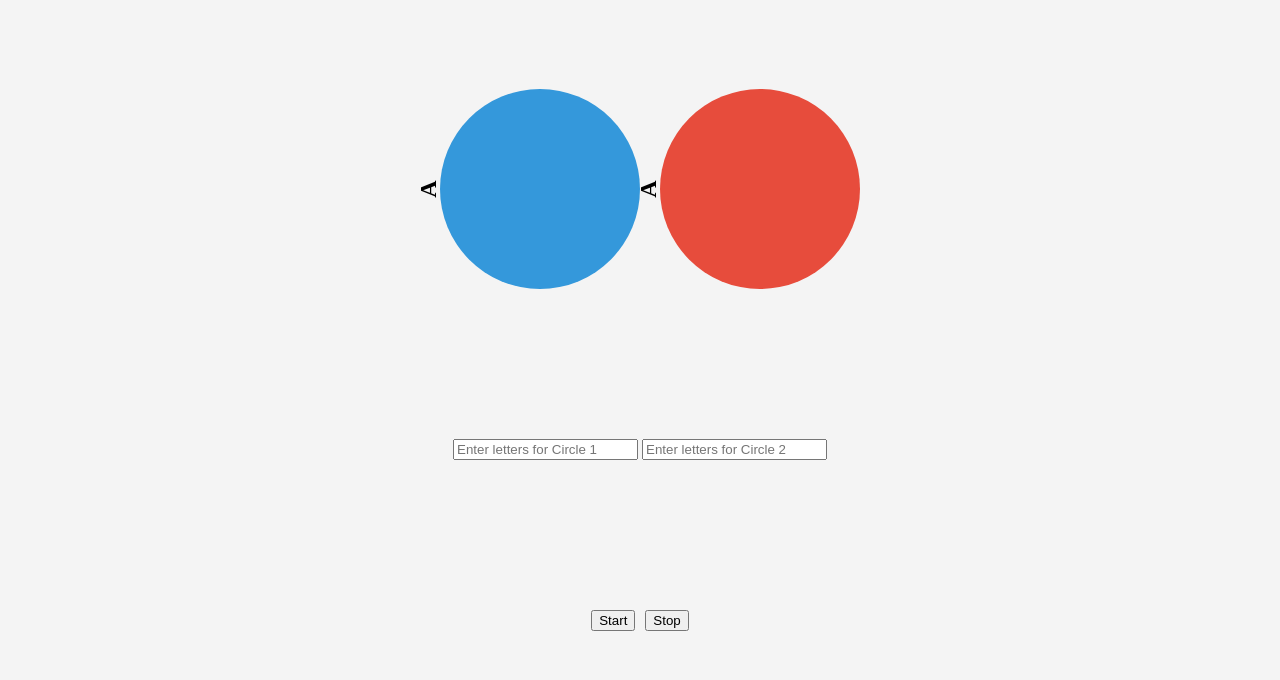
Repository: boshi-an/Isorhythm
Page: .vscode/Isorhythm/index.html
The author's editor kept a copy of each file at every save. The page is drawn from the files as they stood at one save, then again after the next save.
The browser window is 1280 px wide. The pictures show the whole page.

Above is the page before, as saved 2023-10-18 17:56:58.

### .vscode/Isorhythm/index.html
<!DOCTYPE html>
<html lang="en">

<head>
    <meta charset="UTF-8">
    <meta name="viewport" content="width=device-width, initial-scale=1.0">
    <title>Rotating Circles</title>
    <link rel="stylesheet" href="styles.css">
</head>

<body>
    <div class="circleContainer">
        <div class="circle" id="circle1">
            <div class="letter">A</div>
        </div>
        <div class="circle" id="circle2">
            <div class="letter">A</div>
        </div>
    </div>
    <div class="inputContainer">
        <input type="text" id="input1" placeholder="Enter letters for Circle 1">
        <input type="text" id="input2" placeholder="Enter letters for Circle 2">
    </div>
    <div class="uiContainer">
        <button id="startBtn">Start</button>
        <button id="stopBtn">Stop</button>
    </div>
    <script src="script.js"></script>
</body>

</html>

### .vscode/Isorhythm/styles.css
body {
    display: flex;
    flex-direction: column;
    /* Stack child elements vertically */
    justify-content: center;
    /* Center the content vertically */
    align-items: center;
    /* Center the content horizontally */
    height: 100vh;
    background-color: #f4f4f4;
    overflow: hidden;
    margin: 0;
    gap: 150px;
    /* Space between the circle container and the button container */
}

.circleContainer {
    display: flex;
    align-items: center;
    width: 420px;
    /* Adjust based on your circle sizes */
}

.circle {
    width: 200px;
    height: 200px;
    border-radius: 50%;
    position: relative;
    display: flex;
    flex-shrink: 0;
    align-items: center;
    justify-content: center;
    margin: 0 10px;
}

.uiContainer {
    display: flex;
    gap: 10px;
}

.triangle {
    width: 0;
    height: 0;
    border-left: 50px solid transparent;
    border-right: 50px solid transparent;
    border-bottom: 87px solid #3498db;
    will-change: transform;
    transform-origin: 50% 50%;
}

.letter {
    position: absolute;
    font-size: 1.5em;
    /* Adjust as needed */
    font-weight: bold;
    /* Adjust as needed */
    transform: translateY(-50%) rotate(-90deg);
    /* Adjust as needed */
    top: 50%;
    left: -20px;
    /* Adjust as needed to place the letter to the left side of the circle */
}

#triangle1 {
    border-bottom: 87px solid #3498db;
    /* background-color: #3498db; */
}

#triangle2 {
    border-bottom: 87px solid #e74c3c;
    /* background-color: #e74c3c; */
}

#circle1 {
    background-color: #3498db;
}

#circle2 {
    background-color: #e74c3c;
}

### .vscode/Isorhythm/script.js
let angle1 = 0;
let angle2 = 0;
let animationId1;
let animationId2;

function rotateCircle1() {
    const circle1 = document.getElementById('circle1');
    angle1 = (angle1 + 2) % 360;
    circle1.style.transform = `rotate(${angle1}deg)`;
    animationId1 = requestAnimationFrame(rotateCircle1);
}

function rotateCircle2() {
    const circle2 = document.getElementById('circle2');
    angle2 = (angle2 - 2) % 360;
    circle2.style.transform = `rotate(${angle2}deg)`;
    animationId2 = requestAnimationFrame(rotateCircle2);
}

document.getElementById('startBtn').addEventListener('click', () => {
    cancelAnimationFrame(animationId1);
    cancelAnimationFrame(animationId2);
    rotateCircle1();
    rotateCircle2();
});

document.getElementById('stopBtn').addEventListener('click', () => {
    cancelAnimationFrame(animationId1);
    cancelAnimationFrame(animationId2);
});

function updateLetters(circleId, inputId) {
    const circle = document.getElementById(circleId);
    const inputText = document.getElementById(inputId).value;

    // Remove any existing letters
    circle.innerHTML = "";

    // Add new letters
    for (let i = 0; i < inputText.length; i++) {
        const angle = (i / inputText.length) * 360;
        const letterElem = document.createElement('div');
        letterElem.className = 'letter';
        letterElem.style.transform = `rotate(${angle}deg) translate(50px) rotate(-${angle}deg)`;
        letterElem.innerText = inputText[i];
        circle.appendChild(letterElem);
    }
}

document.getElementById('input1').addEventListener('input', () => updateLetters('circle1', 'input1'));
document.getElementById('input2').addEventListener('input', () => updateLetters('circle2', 'input2'));

After the next save:
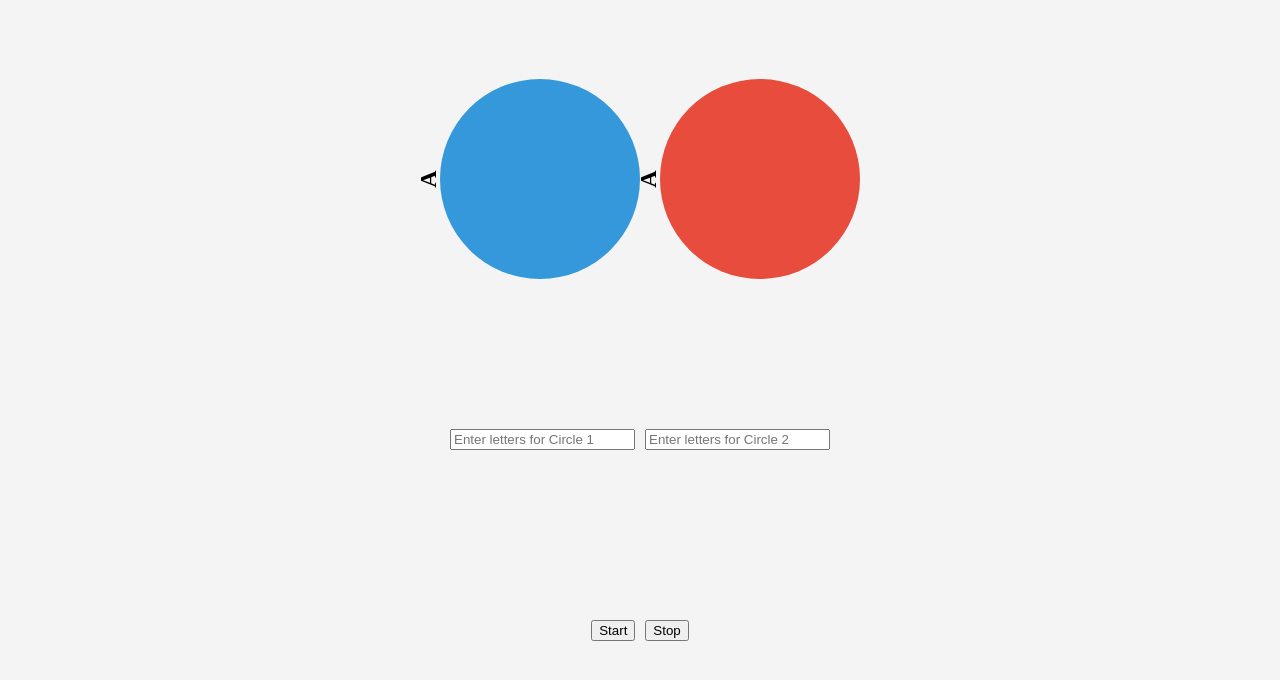
Saved 20 s later.
--- a/.vscode/Isorhythm/styles.css
+++ b/.vscode/Isorhythm/styles.css
@@ -19,6 +19,12 @@ body {
     align-items: center;
     width: 420px;
     /* Adjust based on your circle sizes */
+}
+
+.inputContainer {
+    display: flex;
+    gap: 10px;
+    margin-bottom: 20px;
 }
 
 .circle {
